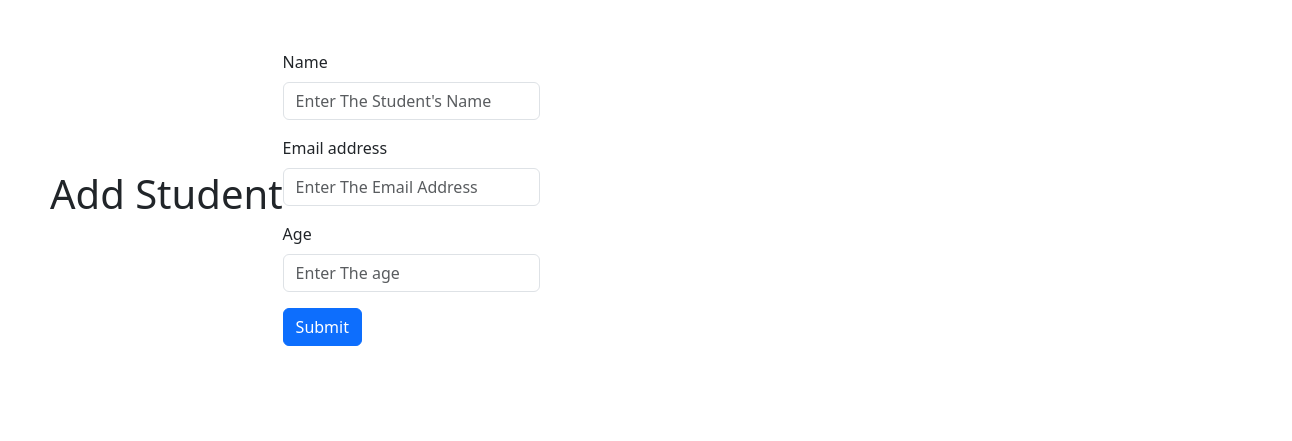
Repository: Manojs14/StudentManagementSystem
Page: http://localhost/Crud_form/
An editor plug-in stored every save of this project. The page is shown before and after the next save, followed by the edit.
The browser window is 1280 px wide. The page is 1280 px wide, then 1292 px, so the pictures cover 1292 px, including what lies to the right of the window. The pictures show the whole page.
The page is served by Tomcat 9. Nobody is signed in. The application's start-up code is not run.

Above is the page before, as saved 2024-07-11 03:18:33.

After the next save:
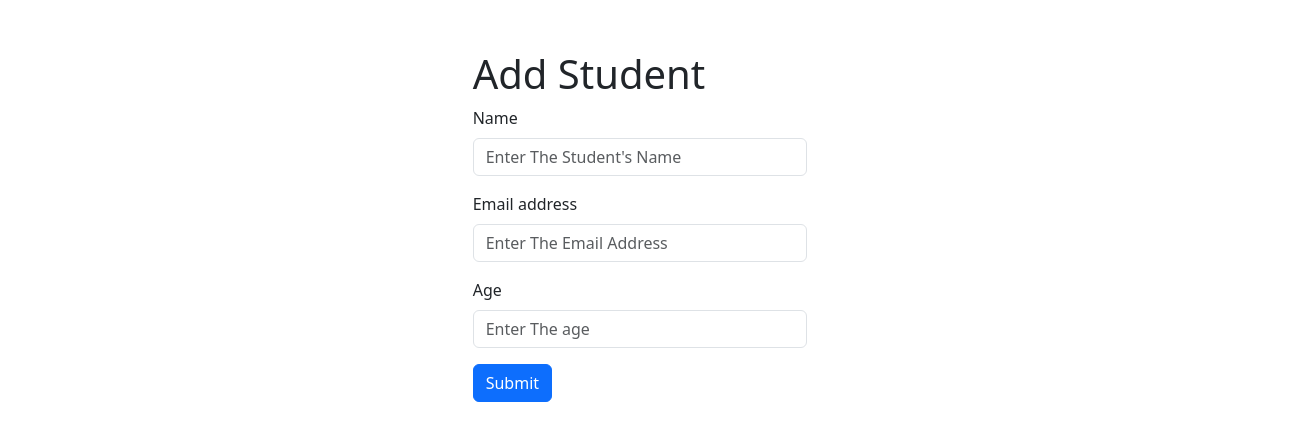
Saved 100 s later.
--- a/Crud_form/src/main/webapp/index.jsp
+++ b/Crud_form/src/main/webapp/index.jsp
@@ -9,7 +9,10 @@
 </head>
 <body>
 
-    <div style="padding:50px; display: flex; align-items: center;">
+ <div class="row">
+    <div class="col-4">
+    </div>
+    <div class="col-4" style="padding:50px">
         <h1 style="">Add Student</h1>
      <form action="signuphandler.jsp" method="post">
   <div class="mb-3">
@@ -27,6 +30,7 @@
   <button type="submit" class="btn btn-primary">Submit</button>
 </form>
 </div>
+</div>
  <script src="https://cdn.jsdelivr.net/npm/@popperjs/core@2.11.8/dist/umd/popper.min.js" integrity="sha384-I7E8VVD/ismYTF4hNIPjVp/Zjvgyol6VFvRkX/vR+Vc4jQkC+hVqc2pM8ODewa9r" crossorigin="anonymous"></script>
 <script src="https://cdn.jsdelivr.net/npm/bootstrap@5.3.2/dist/js/bootstrap.min.js" integrity="sha384-BBtl+eGJRgqQAUMxJ7pMwbEyER4l1g+O15P+16Ep7Q9Q+zqX6gSbd85u4mG4QzX+" crossorigin="anonymous"></script>
 
